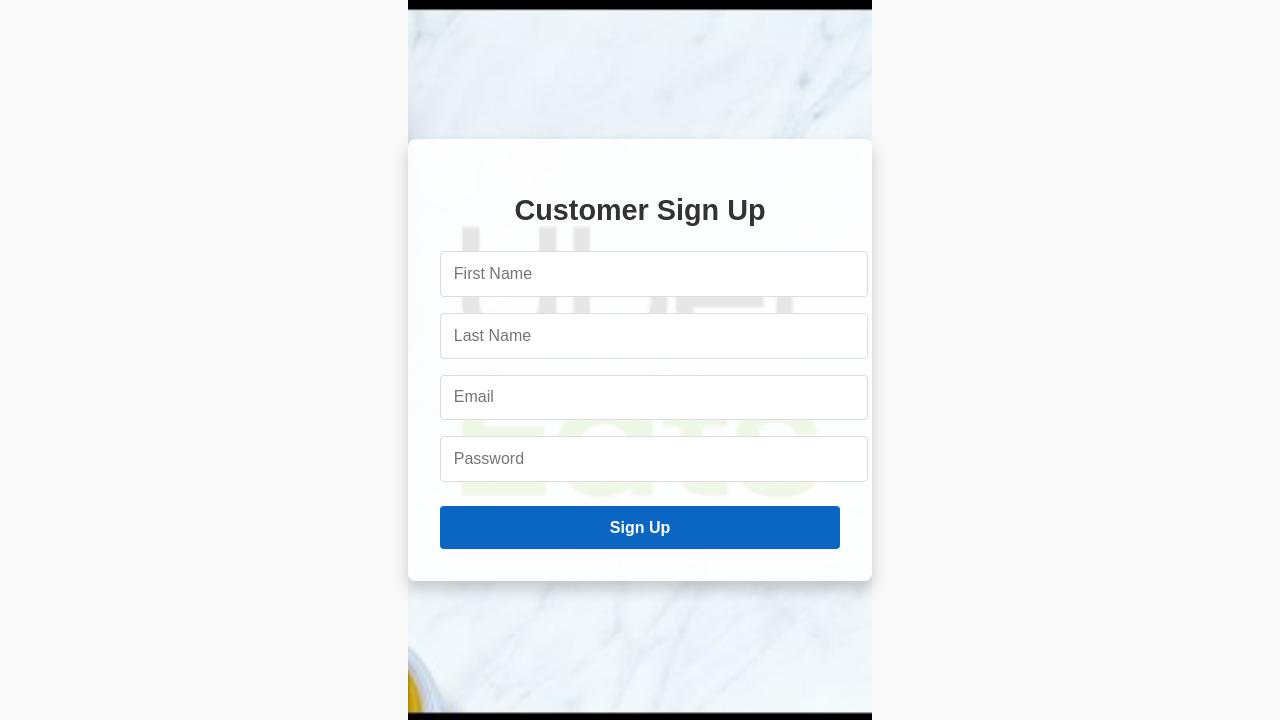
Repository: hamsaram14/dummy4
Page: /profile (app in frontend1/)
These files come from the project's save history. The page is drawn as it stood at one moment and after the next save; the edit follows.
The browser window is 1280 px wide. The pictures show the whole page.
The project was rebuilt for these pictures with package versions that can differ from the ones it lists, and the page was loaded fresh each time.

Above is the page before, as saved 2024-10-11 13:07:08.

After the next save:
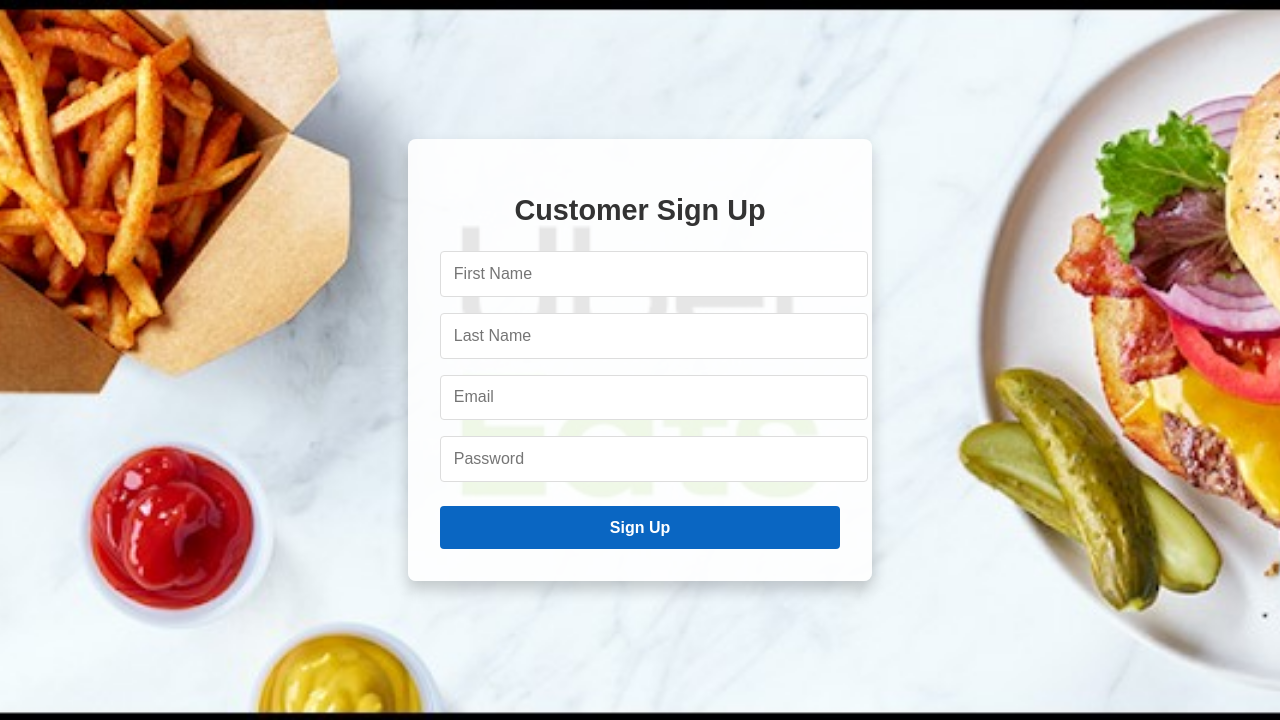
Saved 95 s later.
--- a/frontend1/src/components/SignUpComponent.css
+++ b/frontend1/src/components/SignUpComponent.css
@@ -1,26 +1,25 @@
 /* SignUpComponent.css */
 
-body {
+html, body {
     margin: 0;
+    padding: 0;
+    height: 100%;
     font-family: Arial, sans-serif;
-    display: flex;
-    justify-content: center;
-    align-items: center;
-    min-height: 100vh;
-    background-color: #f9f9f9;
 }
 
+/* Make the container fill the viewport */
 .signup-container {
     display: flex;
     justify-content: center;
     align-items: center;
-    min-height: 100vh;
-    background-image: url('http://localhost:3000/mainpage1.jpg');
+    height: 100vh;
+    background-image: url('/mainpage1.jpg'); /* Adjusted to local file path */
     background-size: cover;
     background-position: center;
     background-repeat: no-repeat;
 }
 
+/* Styling for the sign-up box */
 .signup-box {
     background-color: rgba(255, 255, 255, 0.9);
     padding: 2rem;
